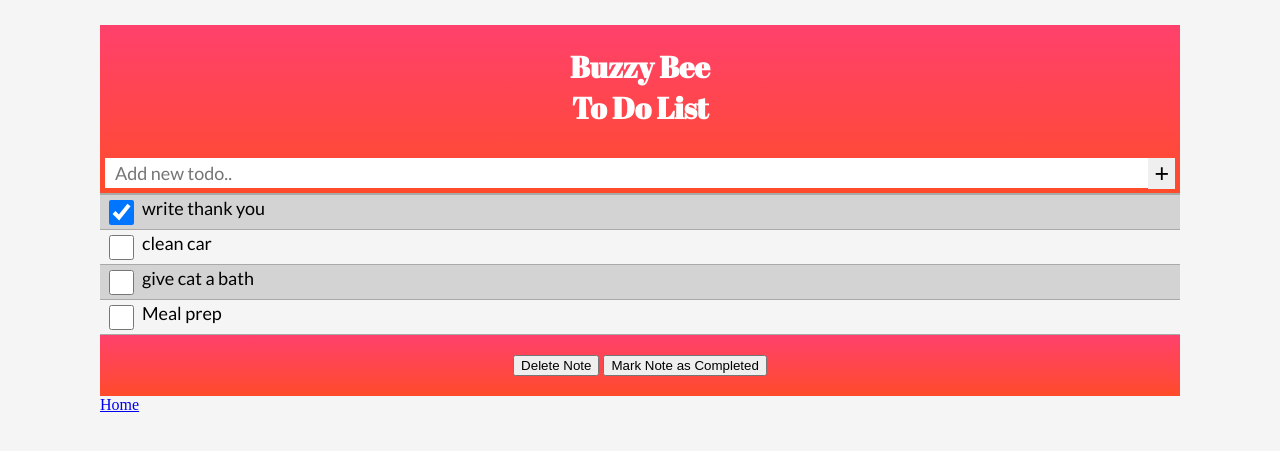
Repository: seleniadelgado/backend-spring2020-angie
Page: projects/todo/public_html/index.html
An editor plug-in stored every save of this project. The page is shown before and after the next save, followed by the edit.
The browser window is 1280 px wide. The pictures show the whole page.
The first `.container input` is checked.
The page's requests for data from a server got no answer.

Above is the page before, as saved 2020-05-13 16:56:25.

### projects/todo/public_html/index.html
<!DOCTYPE html>

<html lang="en">
    <head>
        <meta charset="utf-8">
        <title>Buzzy Bee - To Do List</title>
        <meta name="description" content="The HTML5 Herald">
        <meta name="author" content="SitePoint">
        <link rel="stylesheet" href="styles.css">
        <link href="https://fonts.googleapis.com/css2?family=Abril+Fatface&family=Lato&display=swap" rel="stylesheet">
        <script
            src="https://code.jquery.com/jquery-3.5.0.min.js"
            integrity="sha256-xNzN2a4ltkB44Mc/Jz3pT4iU1cmeR0FkXs4pru/JxaQ="
            crossorigin="anonymous">
        </script>
</head>
<body>
    <main>
    <div class="sectionTitle">
        <div class="appTitle">
            <h2>Buzzy Bee <br> To Do List</h2>
        </div>
        <div id="addNote">
            <input type="text" id="newNote" placeholder="Add new todo..">
            <button id="addBtn" type="button">+</button>
        </div>
    </div>
    <div class="todoList">
        <ul id="myList">
            <li><label class="container"><input type="checkbox"><span class="checkmark">write thank you</span></label></li>
            <li><label class="container"><input type="checkbox"><span class="checkmark">clean car</span></label></li>
            <li><label class="container"><input type="checkbox"><span class="checkmark">give cat a bath</span></label></li>
            <li><label class="container"><input type="checkbox"><span class="checkmark">Meal prep</span></label></li>
        </ul>
    </div>
    <div class="buttonsArea">
        <button type="button">Delete Note</button>
        <button type="button">Mark Note as Completed</button>
    </div>

</main>




















    <a href="http://localhost:3000/">Home</a>



    <script>
        $(document).ready(() => {
            let objectToSend = {
                note: "Do somethings",
                author: "Nick"
            }

            $.post("http://localhost:3000/newNote", objectToSend, (dataToGet) => {
                console.log(dataToGet);
            });
            $.post("http://localhost:3000/readNotes", {}, (dataToGet) => {
                let allNotesArray = dataToGet.notes;

                console.log(allNotesArray);
            })
        })

        //import the data from default user
        // make JSON into JS with parse.
        //with the list we want to populate our ul.
        //use jquery to access the dom, grab the string
        //loop over notes
        //add the note as an li to the ul
        //  Create li with jquery.
        //  target the ul with jquery and append the li.
        //note: $('<li></li>'')
        //      $('ul') -> a jquery list which holds the ul.
        //      get 1st element from the array

    </script>
</body>
</html>

### projects/todo/public_html/styles.css
:root {
    --main-color: linear-gradient(#FF416C, #FF4B2B);
    --background-color: whitesmoke;
    --title-font: 'Abril Fatface', cursive, sans-serif;
    --list-font: 'Lato', sans-serif;
    --font-size-title: 20px;
    --font-size-list-item: 18px;
}

html {
    background: var(--background-color);
    height: 100%;
}
* {
    box-sizing: border-box;
}
body {
    margin: 0px 100px 75px 100px;
    background-color: var(--main-color);
}

.sectionTitle {
    background: var(--main-color);
    text-align: center;
    border-bottom: 2px solid darkgray;
    margin-top: 0%;
    font-family: var(--title-font);
    font-size: var(--font-size-title);
}

.appTitle h2 {
    color: white;
    padding-top: 2%;

}
#addNote {
    display: flex;
    align-items: flex-start;
    padding: 5px;
    height: 30px;
    width: 100%;
    margin-bottom: 10px;
    font-family: 'Gill Sans', 'Gill Sans MT', Calibri, 'Trebuchet MS', sans-serif;

}
#addBtn {
    margin-left: 0%;
    font-size: 25px;
    color: none;
    border: none;
    background: light-grey;
}
#newNote {
    border: none;
    width: 100%;
    height: 150%;
    font-size: 24px;
    font-family: var(--list-font);
    font-size: var(--font-size-list-item);
    padding-left: 10px;
}

#myList li:nth-child(odd) {
    background: lightgray;
  }
#myList {
    list-style: none;
    padding: 0px;
    margin-top: 0px;
    margin-bottom: 0px;
    background-color: var(--main-color);
}

#myList li {
    cursor: pointer;
    height: 35px;
    border-bottom: 1px solid darkgray;
    background-color: whitesmoke;
    padding-left: 5px;
    font-family: var(--list-font);
    font-size: var(--font-size-list-item);
    margin: auto;
    padding-top: 2px;
}
.container input {
    cursor: pointer;
    user-select: none;
}
.container:hover input ~ .checkmark {
    background-color: #f2a4b9;
    border-radius: 130px;
  }
/* When the checkbox is checked, add a blue background */
.container input:checked ~ .checkmark {
    background-color: darkred
    border-radius: 130px;
}

.container input {
    opacity: 50;
    cursor: pointer;
    height: 25px;
    width: 25px;
  }

.checkmark {
    padding-left: 5px;
    position: absolute;
}

.buttonsArea {
    background: var(--main-color);
    text-align: center;
    padding: 20px;
}

After the next save:
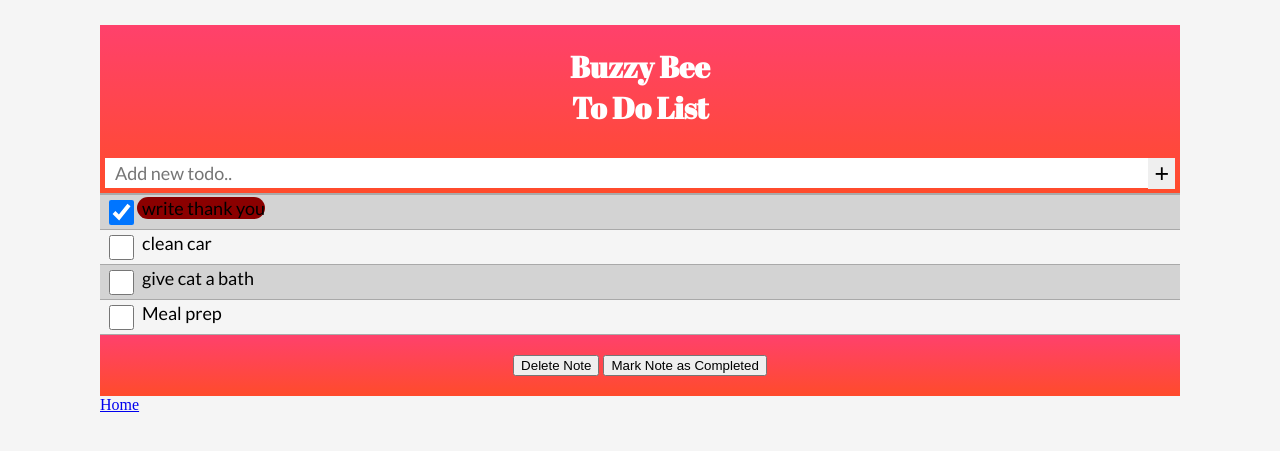
Saved 27 s later.
--- a/projects/todo/public_html/styles.css
+++ b/projects/todo/public_html/styles.css
@@ -92,7 +92,7 @@ body {
   }
 /* When the checkbox is checked, add a blue background */
 .container input:checked ~ .checkmark {
-    background-color: darkred
+    background-color: darkred;
     border-radius: 130px;
 }
 
